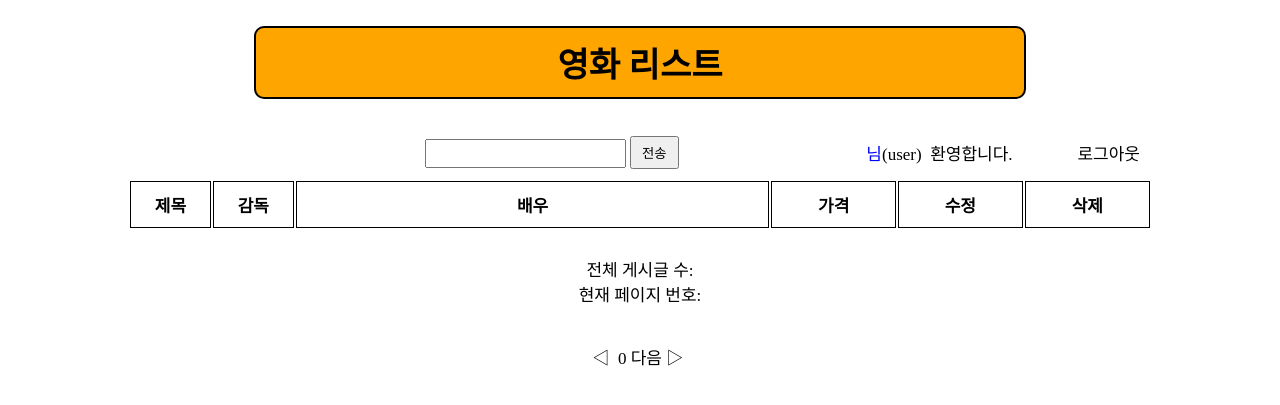
Repository: EverythingOfC/movie
Page: http://localhost/movie/movie/list.jsp
The author's editor kept a copy of each file at every save. The page is drawn from the files as they stood at one save, then again after the next save.
The browser window is 1280 px wide. The pictures show the whole page.
The page is served by Tomcat 9. Nobody is signed in. The application's start-up code is not run. Other server files are loaded and not shown. The template is opened directly, without the code that normally fills it, so the values that code supplies are empty.

Above is the page before, as saved 2023-01-03 09:50:09.

### movie/src/main/webapp/movie/list.jsp
<%@ page language="java" contentType="text/html; charset=UTF-8"
	pageEncoding="UTF-8"%>
<%@ taglib prefix="c" uri="http://java.sun.com/jsp/jstl/core"%>
<!DOCTYPE html>
<html>
<head>
<meta charset="UTF-8">
<title>Insert title here</title>
<link rel="stylesheet" type="text/css" href="../css/movie.css">
</head>
<body>

	<div class="title">
		<h1>영화 리스트</h1>
	</div>

	<div class="main">
		<table>

			<tr>
				<td colspan="2" style="border:0;"></td>
				<td style="border:0; text-align:center;">
				<form action="ms" method="get">&emsp;&emsp;
					<input type="text" name="search" style="padding:5px 10px;">
					<input type="submit" value="전송" style="padding:5px 10px;">
				</form>
				</td>
				<td colspan="2" style="border:0; text-align:right;">
				<c:choose>
					<c:when test="${member.auth eq '1' }">
					<span style="color:red">${member.name}님</span>(admin)
					</c:when>
					<c:otherwise>
					<span style="color:blue">${member.name}님</span>(user)
					</c:otherwise>
				</c:choose>&nbsp;환영합니다.
				</td>
				<td style="border: 0; text-align: right; margin-top: 2vw;">

					<c:if test="${member.auth eq '1' }"><!-- 관리자인 경우에만 -->
					<a href="ms?command=insertForm">영화등록</a>&nbsp;&nbsp;
					</c:if>
					<a href="ms?command=loginForm">로그아웃</a>
				</td>
			</tr>

			<tr>
				<th>제목</th>
				<th>감독</th>
				<th>배우</th>
				<th>가격</th>
				<th>수정</th>
				<th>삭제</th>
			</tr>

			<c:forEach var="movie" items="${movies }">
				<tr>
					<td><a style="color:red;" href="ms?command=view&code=${movie.code}">${movie.title }</a></td>
					<td>${movie.director }</td>
					<td>${movie.actor }</td>
					<td>${movie.price }</td>


					<c:choose>
						<c:when test="${member.auth eq '1' }">	<!-- 관리자인 경우 -->
							<td><a href="ms?command=updateForm&code=${movie.code}">정보
									수정</a></td>
							<td><a href="ms?command=delete&code=${movie.code }">정보
									삭제</a></td>
						</c:when>
						<c:otherwise>
							<td>사용자는 수정불가</td>
							<td>사용자는 삭제불가</td>
						</c:otherwise>

					</c:choose>

				</tr>
			</c:forEach>
		</table>
	</div>

	<div class="page">

		<c:set var="page" value="${paging.getCurrentPage() }"/> <!--  현재 페이지 -->
		<c:set var="beginPage" value="${paging.getBeginPage() }"/>
		<c:set var="endPage" value="${paging.getEndPage() }"/>
		<c:set var="totalPage" value="${paging.getTotalPage() }"/>
		<c:set var="url" value="${url }"/>
		<c:set var="displayPage" value="${paging.getDisplayPage() }"/>


		<p>전체 게시글 수: <span style="color:red">${paging.getTotalCount() }</span></p>
		<p>현재 페이지 번호: <span style="color:red">${page }</span></p>
	</div>


	<div class="pagination">


	<!--  처음으로  -->
	<c:if test="${page == 1}">
		<span> ◁&nbsp; </span>
	</c:if>

	<c:if test="${page != 1 }">
		<a href="${url}&page=1">
		<span> ◁&nbsp; </span>
		</a>
	</c:if>

	<!--  이전으로 -->
		<c:if test="${ page<=1 }">
				<span>이전</span>
		</c:if>
		<c:if test="${ page>1 }">
			<a href="${url }&page=${page-1}">이전</a>
		</c:if>

		<!--  넘버링 부분 -->
		<c:forEach var="item" varStatus = "status" begin="${beginPage }" end="${endPage }" step = "1">

		<c:if test="${page == item }">	<!--  현재 페이지는 클릭 못함 -->
			<span style="font-size:16px; color:red">${item }</span>
		</c:if>

		<c:if test="${page != item }">  <!--  현재 페이지가 아니면 클릭 가능 -->
			<a href="${url }&page=${item}">${item }</a>
		</c:if>

		</c:forEach>


		<!--  다음으로 -->
		<c:if test="${ page>=totalPage }">
				<span>다음</span>
		</c:if>
		<c:if test="${ page<totalPage }">
			<a href="${url }&page=${page+1}">다음</a>
		</c:if>

	<!-- 마지막으로  -->
	<c:if test="${page == totalPage }">
		<span> ▷&nbsp; </span>
	</c:if>
	<c:if test="${page != totalPage }">
		<a href="${url}&page=${totalPage}">
		<span> ▷&nbsp; </span>
		</a>
	</c:if>
	</div>
</body>
</html>

### movie/src/main/webapp/css/movie.css
@charset "UTF-8";

*{
	margin: 0 auto;
}
body{
	font-size:17px;
}
img{
	border:0;
}
a{
	text-decoration:none;
	color:black;
}
a:hover{
	font-weight:bold;
}
li{
	list-style: none;
}

.title{
	margin:2vw auto;
	text-align:center;
	border:2px solid black;
	border-radius:10px;
	background:orange;
	width:60%;
	padding:10px 0;
}
.main table{
	width:80%;
}
.main td,.main th{
	padding:10px;
	border:1px solid black;
	border-collapse: collapse;
}

.insert table td{
	text-align:center;
}
.insert table td input, .i_button input, .insert table td img{
	padding:8px 15px;
	font-weight:bold;
	font-size:14px;
}
.insert table{
	width:50%;
	font-size:17px;
}
.insert td,.insert th{
	padding:8px;
	border:1px solid black;
	border-collapse: collapse;
}
.i_button{
	margin-top:1vw;
	width:50%;
	text-align:center;
}


.login table td{
	text-align:center;
}
.login table td input, .l_button input{
	padding:11px 15px;
	font-weight:bold;
	font-size:14px;
}
.login table{
	width:50%;
	font-size:17px;
}
.login td,.login th{
	padding:8px;
	border:1px solid black;
	border-collapse: collapse;
}
.l_button{
	margin-top:2vw;
	width:50%;
	text-align:center;
}



.sign table td{
	text-align:center;
}

.sign table td label{
	display:inline-block;
	padding:8px 15px;
	font-size:14px;
 }
.sign table td input, .s_button input{
	padding:8px 15px;
	font-weight:bold;
	font-size:14px;
}
.sign table{
	width:50%;
	font-size:17px;
}
.sign td,.sign th{
	padding:8px;
	border:1px solid black;
	border-collapse: collapse;
}
.s_button{
	margin-top:2vw;
	width:50%;
	text-align:center;
}


.update table td{
	text-align:center;
}
.update table td input, .u_button input, .update table td img{
	padding:8px 15px;
	font-weight:bold;
	font-size:14px;
}
.update table{
	width:50%;
	font-size:17px;
}
.update td,.update th{
	padding:8px;
	border:1px solid black;
	border-collapse: collapse;
}
.u_button{
	margin-top:1vw;
	width:50%;
	text-align:center;
}


.view table td{
	text-align:center;
}
.view table td input, .v_button input, .view table td img{
	padding:8px 15px;
	font-weight:bold;
	font-size:14px;
}
.view table{
	width:50%;
	font-size:17px;
}
.view td,.view th{
	padding:8px;
	border:1px solid black;
	border-collapse: collapse;
}
.v_button{
	margin-top:1vw;
	width:50%;
	text-align:center;
}

.page,.pagination{
	width:70%;
	margin-top:2vw;
	text-align:center;
}
.pagination{
	margin-top:3vw;
}

After the next save:
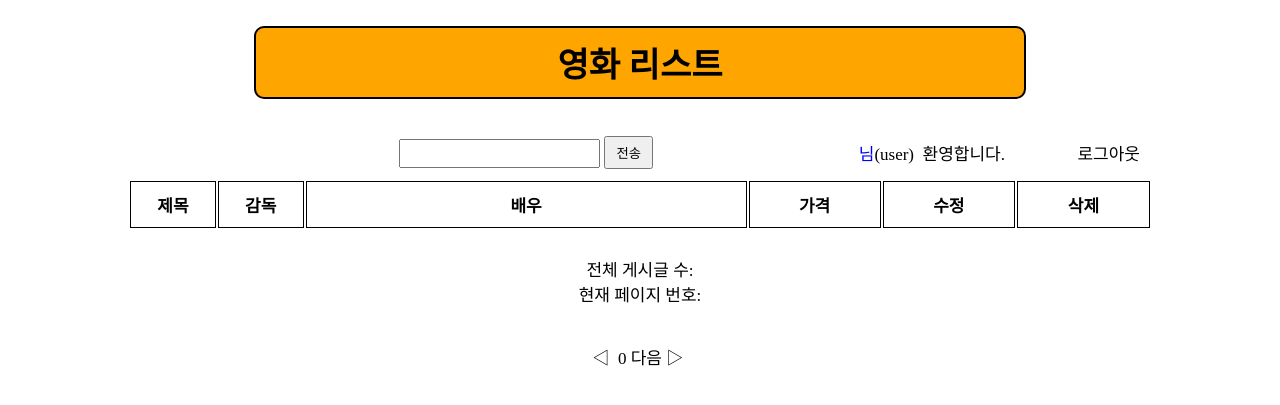
Saved 6 s later.
--- a/movie/src/main/webapp/movie/list.jsp
+++ b/movie/src/main/webapp/movie/list.jsp
@@ -20,7 +20,7 @@
 			<tr>
 				<td colspan="2" style="border:0;"></td>
 				<td style="border:0; text-align:center;">
-				<form action="ms" method="get">&emsp;&emsp;
+				<form action="ms" method="get">
 					<input type="text" name="search" style="padding:5px 10px;">
 					<input type="submit" value="전송" style="padding:5px 10px;">
 				</form>
